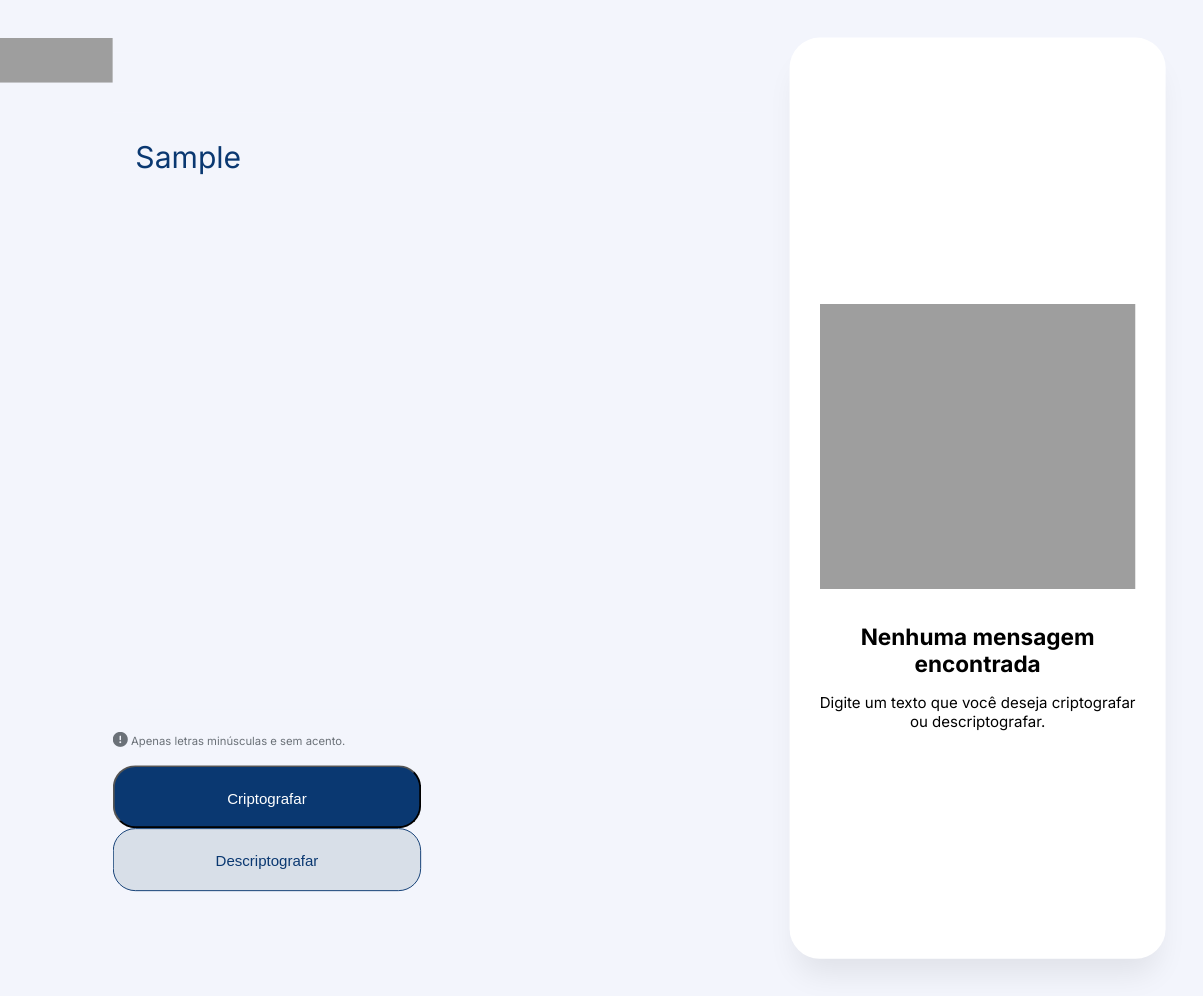
Repository: CarlosEduardoVdeOliveira/descodificador-de-texto
Page: index.html
The author's editor kept a copy of each file at every save. The page is drawn from the files as they stood at one save, then again after the next save.
The browser window is 1280 px wide. The pictures show the whole page, at 94% of full size.
Empty fields were first filled with sample values (such as "Sample", 5 or name@example.com).
After loading, the first visible `button.button-cryptography` was clicked once.
Pictures or frames that could not be fetched are drawn as grey boxes.

Above is the page before, as saved 2023-04-12 09:25:25.

After the next save:
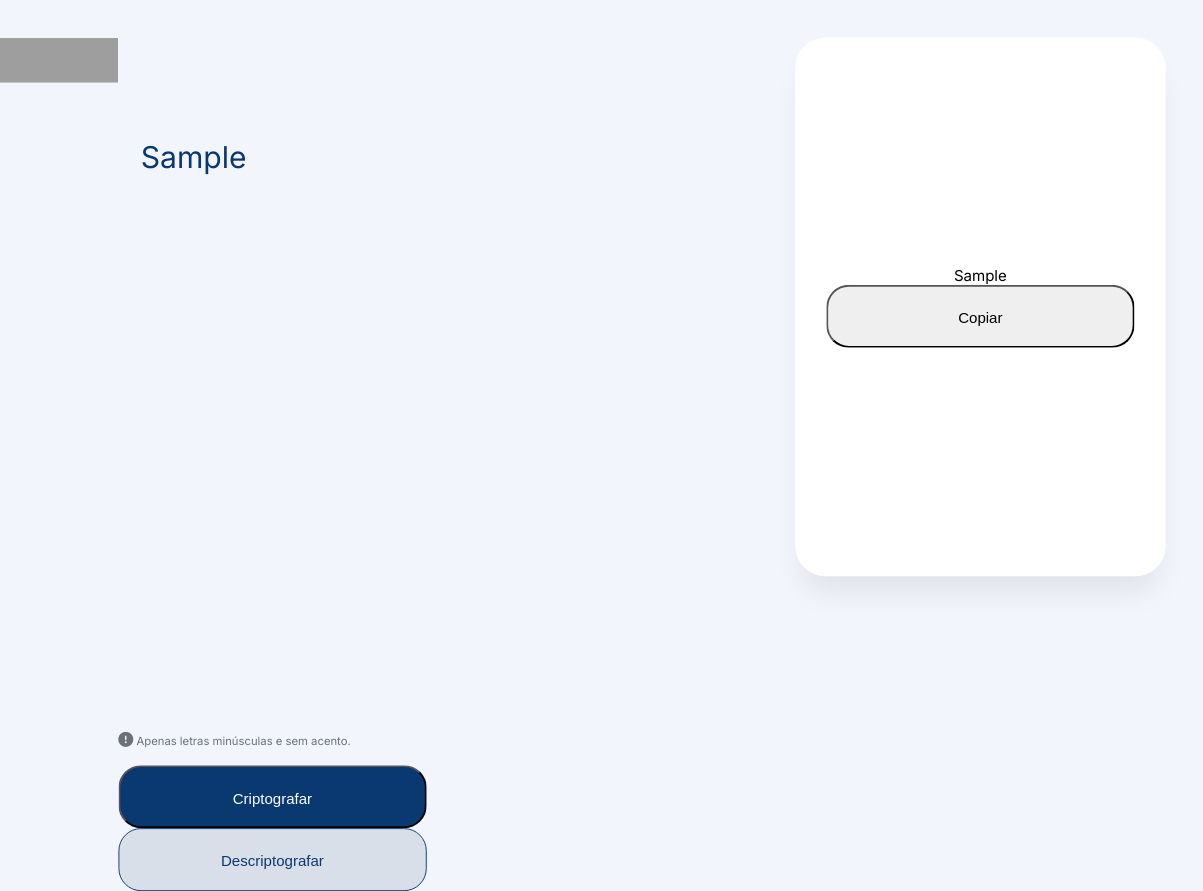
Saved 2 min 51 s later.
--- a/public/scripts/index.js
+++ b/public/scripts/index.js
@@ -4,8 +4,11 @@ const buttonCryptography = document.querySelector(".button-cryptography");
 const buttonDecryption = document.querySelector(".button-decryption");
 
 
-function valueTextarea(){
-   console.log(elementTextarea.value)
+function alterTextCryptionArea(){
+   areaCryption.innerHTML = `
+      <p>${elementTextarea.value}</p>
+      <button>Copiar</button>
+   `;
 }
-
-buttonCryptography.onclick = valueTextarea
+buttonCryptography.onclick = alterTextCryptionArea
+buttonDecryption.onclick = alterTextCryptionArea
